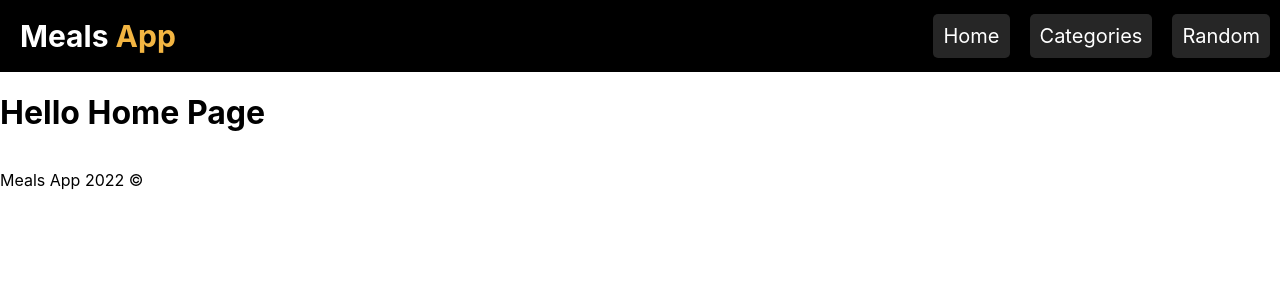
Repository: Shahriddinov/Meals
Page: /
The author's editor kept a copy of each file at every save. The page is drawn from the files as they stood at one save, then again after the next save.
The browser window is 1280 px wide. The pictures show the whole page.
The project was rebuilt for these pictures with package versions that can differ from the ones it lists, and the page was loaded fresh each time. Also part of the build but not shown: src/components/Categories/Categories.js, src/components/RandomMeal/RandomMeal.js.

Above is the page before, as saved 2022-03-21 16:55:28.

After the next save:
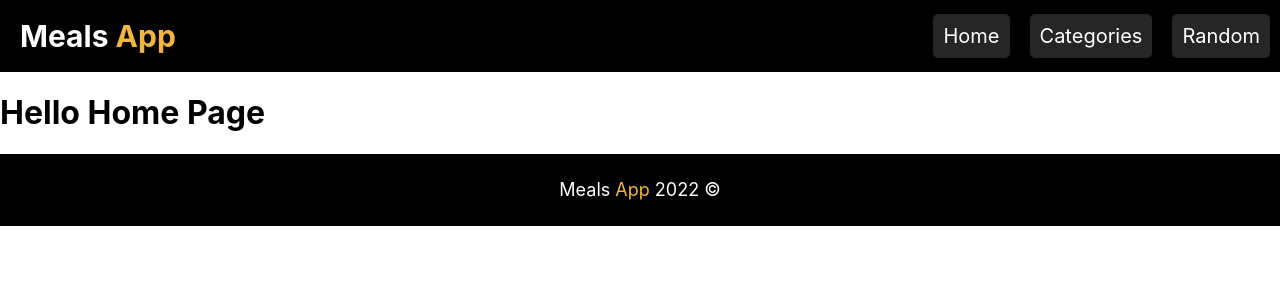
Saved 96 s later.
--- a/src/components/Footer/Footer.scss
+++ b/src/components/Footer/Footer.scss
@@ -1,3 +1,16 @@
 .footer {
   display: flex;
+  align-items: center;
+  justify-content: center;
+  text-align: center;
+  background: #000000;
+  color: #fff;
+  height: 10vh;
+
+  p {
+    font-size: 18px;
+    span {
+      color: #f3b542;
+    }
+  }
 }
